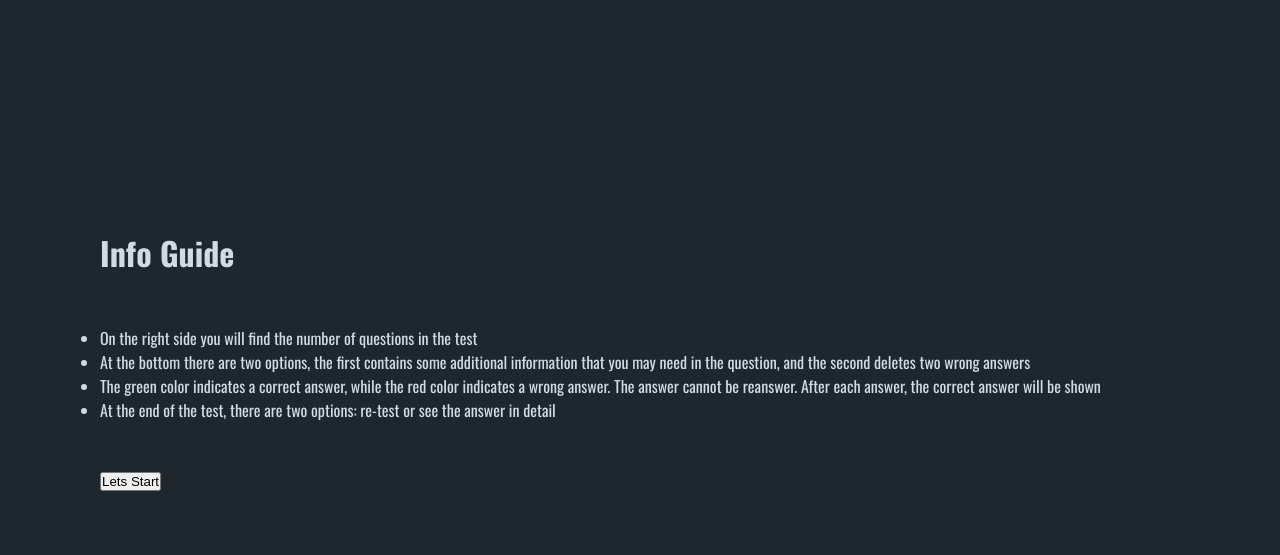
Repository: abdelrahmanahmed20021/Quiz-Platform
Page: index.html
The author's editor kept a copy of each file at every save. The page is drawn from the files as they stood at one save, then again after the next save.
The browser window is 1280 px wide. The pictures show the whole page.

Above is the page before, as saved 2023-01-12 00:49:31.
Console error: TypeError: Cannot read properties of null (reading 'addEventListener')

### index.html
<!DOCTYPE html>
<html lang="en">

    <head>
        <!-- ======== Meta =========== -->
        <meta charset="UTF-8">
        <meta http-equiv="X-UA-Compatible" content="IE=edge">
        <meta name="viewport" content="width=device-width, initial-scale=1.0">
        <title>Question || Platform</title>
        <!-- ======== Links =========== -->
        <link rel="stylesheet" href="./styles/index.css">
        <link rel="stylesheet" href="./styles/responsive.css">
        <!-- ======== Links =========== -->
    </head>

    <body>
        <div class="black-wolf">
            <h1>Info Guide</h1>
            <ul>
                <li>On the right side you will find the number of questions in the test</li>
                <li>At the bottom there are two options, the first contains some additional information that you may need in the question, and the second deletes two wrong answers</li>
                <li>The green color indicates a correct answer, while the red color indicates a wrong answer. The answer cannot be reanswer. After each answer, the correct answer will be shown</li>
                <li>At the end of the test, there are two options: re-test or see the answer in detail</li>
            </ul>
            <button>Lets Start</button>
        </div>
        <div id="poper_img" class="hide_poper">
            <img class="src_quesion_img" src="" alt="">
            <span class="poper_deleter">X</span>
            <h1></h1>
        </div>
        <section>
            <div class="audio_cotroll">
                <audio src="./assets/1.mp3" class="audio"></audio>
                <img src="./assets/play.svg" alt="">
                <img src="./assets/stop.svg" class="active" alt="">
            </div>
            <div class="container_1">
                <div class="start_btn flex">
                    <button class="description description_hidde">See Explanation</button>
                    <button id="start_quest" class="hover">Start</button>
                </div>
                <span class="quest_index border"></span>
                <div class="quest_content">
                    <div class="quset_cont flex border"></div>
                    <div class="box flex">
                        <div class="answers flex">
                            <span class="answer border hover" answer='a'></span>
                            <span class="answer border hover" answer='b'></span>
                            <span class="answer border hover" answer='c'></span>
                            <span class="answer border hover" answer='d'></span>
                        </div>
                    </div>
                </div>
            </div>

            <div class="container_2">
                <div class="quest_index_num border flex"></div>
                <div class="icons_helper flex">
                    <div class="remove_2 border flex hover">0.5</div>
                    <div class="google border poper_appender hover flex">Info</div>
                </div>
            </div>
        </section>
        <script type="module" src="./script/index.js"></script>
    </body>

</html>

### styles/index.css
/* ========= Import || Font ||  ========= */
@import url('https://fonts.googleapis.com/css2?family=Oswald:wght@200;300;400;500;600;700&display=swap');
/* ========= Import || Font ||  ========= */




/* ========= Set || Variables ||  ========= */
:root {
    --mainColor: #1e272e;
    --primaryColor: #d2dae2;
    --lightColor: #8c7ae6;
    --greenColor: #218c74;
    --redColor: #b33939;
    --mainFont: 'Oswald', sans-serif;
    --mainPadding: 40px;
    --primaryPadding: 20px;
    --mainFontSize: 1.2rem;
    --primaryFontSize: .72rem;
    --mainFontWigth: 500;
    --primaryFontWigth: 700;
}

/* ========= Set || Variables ||  ========= */




/* ========= Golbal || Styles ||  ========= */
*>*,
*::after,
*::before {
    padding: 0;
    margin: 0;
    box-sizing: border-box;
    transition: all .5s ease-in-out;
    user-select: none;
    user-zoom: none;
    -webkit-user-drag: none;
}

body {
    background-color: var(--mainColor);
    font-family: var(--mainFont);
}

.flex {
    display: flex;
    align-items: center;
    justify-content: center;
}

.box {
    height: 50%;
}

.border {
    border: 2px solid var(--lightColor);
    border-radius: 10px;
}

.hover:hover {
    background-color: var(--lightColor) !important;
    color: var(--primaryColor) !important;
}

.hover_min_width:active {
    background-color: var(--lightColor) !important;
    color: var(--primaryColor) !important;
}

::-webkit-scrollbar {
    width: 5px;
}

::-webkit-scrollbar-thumb {
    background-color: var(--greenColor);
    border-radius: 10px;
}

/* ========= Golbal || Styles ||  ========= */



/* ========= Main || ElE || Styles ||  ========= */
body>section {
    display: flex;
    height: 100vh;
    padding: 30px;
}

body>section .container_1 {
    width: 70%;
    height: 100%;
}

body>section .container_2 {
    width: 30%;
    height: 100%;
    overflow: hidden;
}

body>section .container_1 .start_btn {
    height: 35%;
    gap: 30px;
}

/* ========= Main || ElE || Styles ||  ========= */

/* ========= Audio || Styles ||  ========= */

body>section>.audio_cotroll {
    position: relative;
}

body>section>.audio_cotroll img {
    top: 0;
    left: 0;
    cursor: pointer;
    position: absolute;
    width: 0;
    height: 0;
    opacity: 0;
}

body>section>.audio_cotroll .active {
    opacity: 1;
    z-index: 100;
    width: auto;
    height: auto;
}

/* ========= Audio || Styles ||  ========= */


/* ========= Container || One || Styles ||  ========= */
body>section .container_1 .start_btn button {
    padding: var(--primaryPadding);
    width: 200px;
    border: 0;
    outline: 0;
    border-radius: 10px;
    font-size: var(--mainFontSize);
    background-color: var(--primaryColor);
    color: var(--lightColor);
    cursor: pointer;
    font-weight: var(--mainFontWigth);
}
body>section .container_1 .start_btn button:hover{
    background-color: var(--lightColor);
    color: var(--mainColor);
}
body>section .container_1 .quest_content {
    height: 65%;
    padding: var(--mainPadding) var(--primaryPadding);
}

body>section .container_1 .quest_content .quset_cont {
    position: relative;
    height: 50%;
    font-size: var(--mainFontSize);
    color: var(--lightColor);
    background-color: transparent;
    padding: 90px;
}
body > #poper_img{
    background-color: #466bdb46;
    backdrop-filter: blur(10px);
    position: fixed;
    top: 0;
    bottom: 0;
    left: 0;
    right: 0;
    z-index: 1000;
    display: flex;
    justify-content: center;
    align-items: center;
}

@media screen and (max-width:675px){
    body > #poper_img img{
        width: 85%;
    }
}

@media screen and (min-width:676px) and (max-width:976px){
    body > #poper_img img{
        width: 90%;
    }
}
body > #poper_img span{
    position: absolute;
    top: 20px;
    left: 20px;
    font-size: 2rem;
    cursor: pointer;
    font-weight: bold;
    font-family: sans-serif;
    color: #e1b12c;
}
body>section .container_1 .quest_index {
    padding: 2px 10px;
    font-size: 16px;
    color: var(--lightColor);
}

body>section .container_1 .quest_content .answers {
    width: 100%;
    justify-content: center;
    flex-wrap: wrap;
}

body>section .container_1 .quest_content .answers span {
    width: 46%;
    margin: 5px;
    min-height: 40px;
    text-align: center;
    padding: 5px 0;
    cursor: pointer;
    color: var(--lightColor);
}


/* ========= Container || One || Styles ||  ========= */




/* ========= Container || Two || Styles ||  ========= */
body>section .container_2 .quest_index_num {
    justify-content: space-between;
    flex-direction: column-reverse;
    min-height: 68%;
    max-height: 68%;
    padding-bottom: 400px;
    margin-bottom: 30px;
    overflow: auto;
}


body>section .container_2 .quest_index_num p {
    display: block;
    width: 100%;
    text-align: center;
    color: var(--primaryColor);
    padding: 15px;
}

body>section .container_2 .quest_index_num .correct_answer {
    background-color: transparent !important;
    color: var(--greenColor) !important;
}

body>section .container_2 .quest_index_num .falsey_answer {
    background-color: transparent !important;
    color: var(--primaryColor) !important;
}

body>section .container_2 .icons_helper {
    justify-content: space-evenly;
    height: 20%;
}

body>section .container_2 .icons_helper .remove_2 {
    width: 80px;
    height: 80px;
    cursor: pointer;
    color: var(--lightColor);
}

body>section .container_2 .icons_helper .google {
    cursor: pointer;
    width: 80px;
    height: 80px;
}

/* ========= Container || Two || Styles ||  ========= */

/* ========= Actives || Class || Styles ||  ========= */
.active_point_quest {
    color: var(--lightColor) !important;
    font-weight: var(--primaryFontWigth);
    font-size: var(--mainFontSize);
}

.falsey_answer {
    background-color: var(--redColor) !important;
    color: var(--lightColor) !important;
}
.falsey_answer_p{
    color: red !important;
}
.correct_answer {
    background-color: var(--greenColor) !important;
    color: var(--lightColor) !important;
}

.hidde_animate_btn {
    transform: scale(0);
    width: 0;
}
.poper_appender{
    color: var(--lightColor);
}
.hide_poper{
    display: none !important;
}
.description_hidde{
    display: none;
}
.black-wolf{
    position: absolute;
    z-index: 1000;
    width: 100%;
    height: 100%;
    background-color: #1e272e;
    color: var(--primaryColor);
    display: flex;
    justify-content: center;
    align-items: flex-start;
    flex-direction: column;
    padding: 100px;
    gap: 50px;
}
/* ========= Actives || Class || Styles ||  ========= */

### styles/responsive.css
/* ===========  Tablets || Sizes  =============== */
/* =============== Sm ================ */
@media screen and (min-width:360px) and (max-width:960px) {
    :root {
        --mainPadding: 20px;
        --primaryPadding: 10px;
        --mainFontSize: 1rem;
        --mainFontWigth: 400;
        --primaryFontWigth: 500;
    }

    body>section {
        flex-direction: column;
        padding: 20px 10px;
    }

    body>section .container_1 {
        width: 100%;
        height: 70%;

    }

    body>section .container_1 .start_btn {
        height: 20%;
    }

    body>section .container_2 {
        width: 100%;
        height: 30%;
    }

    body>section .container_2 .quest_index_num {
        min-height: 58%;
        max-height: 58%;
        padding-bottom: 0;
        padding-left: 400px;
    }

    body>section .container_2 .icons_helper {
        justify-content: space-between;
    }

    body>section .container_1 .quest_content .quset_cont {
        padding: 40px;
    }

    body>section .container_1 .quest_content .answers span {
        font-size: var(--primaryFontSize);
        font-weight: var(--primaryFontWigth);
    }

    body>section .container_2 .icons_helper .remove_2 {
        width: 60px;
        height: 60px;
    }

    body>section .container_2 .icons_helper .google {
        width: 60px;
        height: 60px;
    }

}

/* =============== Sm ================ */
/* ===========  Tablets || Sizes  =============== */

### script/index.js
import { data } from './../auth/data.js';
//============= Set || Nodes || ==================>
const audio = document.querySelector('.audio');
const start_quest = document.querySelector('#start_quest');
const quset_cont = document.querySelector('.quset_cont');
const quest_index = document.querySelector('.quest_index');
const answer = document.querySelector('.answers');
const quest_index_num = document.querySelector('.quest_index_num');
const remove_2 = document.querySelector('.remove_2');
const google = document.querySelector('.google');
const answers = document.querySelectorAll('.answer');
const audio_cotroll_img = document.querySelectorAll('.audio_cotroll img');
const description = document.querySelector(".description");
const src_quesion_img = document.querySelector(".src_quesion_img");
const poper_img = document.querySelector("#poper_img");
const poper_img_head = document.querySelector("#poper_img h1");
const poper_deleter = document.querySelector(".poper_deleter");
const black_btn = document.querySelector(".black-btn");
const poper_appender = document.querySelector(".poper_appender");
const black_wolf = document.querySelector(".black-wolf");
const quest_index_answer = document.querySelector(".quest_index_answer");
const sec_screen = document.querySelector(".sec_screen");
const full_screen = document.querySelector(".full_screen");
let start = 0;
let answer_data;
let right_answers = 0;
let unRight_answers = 0;
//============= Set || Nodes || ==================>
//======= Set || classes || =======>
class DrawUi {
    constructor(data, index) {
        this.data = data;
        this.index = index;
        this.state = true;
    }
    //======= Draw || All ||  Content || Ui =======>
    draw() {
        if (this.data != undefined && this.index != undefined) {
            this.stop_Quiz(this.data);
            if (this.state) {
                this.draw_Quest(this.data);
                this.draw_Quest_line(this.data);
            }
        }
        else {
            console.warn('please Enter data src and index of start');
        }
    }
    //======= Draw || All ||  Content || Ui =======>
    //======= Draw || Questions || Answers =======>
    draw_Quest(values) {
        let recust = ['a', 'b', 'c', 'd'];
        quset_cont.innerHTML = `<p>${values[this.index].quest}</p>`;
        src_quesion_img.src = `${values[this.index].img}`;
        if (values[this.index].img != "") {
            poper_img_head.innerText = "";
        }
        else {
            poper_img_head.innerText = "No Image At This Question";
        }
        answers.forEach((ele, index) => {
            ele.innerText = values[this.index][recust[index]];
        });
        quest_index.innerText = `Question : ${this.index + 1}`;
        quest_index_answer.innerText = `SCORE : ${right_answers} / ${values.length}`;
    }
    //======= Draw || Questions || Answers =======>
    //======= Draw || Questions || Lines =======>
    draw_Quest_line(values) {
        const quest_index_num_elements = quest_index_num.children;
        if (quest_index_num_elements.length == 0) {
            values.forEach((ele, index) => {
                quest_index_num.innerHTML += `<p>Q.${index + 1}</p>`;
            });
        }
        Array.from(quest_index_num_elements).forEach(ele => {
            ele.classList.remove('active_point_quest');
        });
        quest_index_num_elements[this.index].classList.add('active_point_quest');
    }
    //======= Draw || Questions || Lines =======>
    //======= Check || Index || Stop "Quiz" =======>
    stop_Quiz(values) {
        if (this.index > values.length - 1) {
            this.state = false;
        }
    }
}
class Checker {
    constructor() {
        this.darwer = new DrawUi(data, start);
        this.quest_index_num = quest_index_num.children;
    }
    //======= Check || All ||  Content || Answers =======>
    main_checker(ele) {
        this.answer_check(this.darwer.data);
        this.line_check(this.darwer.data, ele);
        this.Repeat(this.darwer.data);
    }
    //======= Check || All ||  Content || Answers =======>
    //======= Set|| All ||  Content || Answers =======>
    set_answers(data, state, statement) {
        if (state) {
            answers.forEach(ele => {
                if (ele.getAttribute('answer') != data[this.darwer.index].answer) {
                    ele.classList.add('falsey_answer');
                }
                else {
                    ele.classList.add('correct_answer');
                }
                if (statement) {
                    setTimeout(() => {
                        ele.classList.remove('falsey_answer');
                        ele.classList.remove('correct_answer');
                    }, 1200);
                }
            });
        }
    }
    //======= Set|| All ||  Content || Answers =======>
    //======= Set || All ||  Styles || Answers =======>
    answer_check(data) {
        if (this.darwer.index < data.length && this.darwer.index != data.length - 1) {
            this.set_answers(data, true, true);
        }
        else {
            this.set_answers(data, true, false);
        }
        setTimeout(() => {
            this.darwer.draw();
        }, 1200);
    }
    //======= Set || All ||  Styles || Answers =======>
    //======= Set || All ||  Styles || Answers || Lines =======>
    line_check(data, ele) {
        if (this.darwer.index < data.length) {
            if (ele.getAttribute('answer') == data[this.darwer.index].answer) {
                this.quest_index_num[this.darwer.index].classList.add('correct_answer');
                this.darwer.index++;
                right_answers++;
            }
            else {
                this.quest_index_num[this.darwer.index].classList.add('falsey_answer_p');
                this.darwer.index++;
                unRight_answers++;
            }
        }
    }
    //======= Set || All ||  Styles || Answers || Lines =======>
    //======= Reapet_Quiz || =======>
    Repeat(data) {
        if (this.darwer.index == data.length) {
            start_quest.classList.remove('hidde_animate_btn');
            description === null || description === void 0 ? void 0 : description.classList.remove("description_hidde");
            start_quest.innerText = 'Repeat';
            start_quest.addEventListener('click', () => {
                location.reload();
            });
        }
    }
}
class Delet {
    constructor(ele, data, index) {
        this.ele = ele;
        this.data = data;
        this.index = index;
    }
    swper() {
        if (this.ele.innerText == '0.5') {
            this.get_data();
        }
        else {
            window.open('https://google.com/');
        }
    }
    get_data() {
        this.delete(data);
    }
    delete(data) {
        if (quset_cont.innerText != '') {
            let falsey_data = [];
            Array.from(answers).filter((ele, index) => {
                if (ele.getAttribute('answer') != data[this.index].answer) {
                    falsey_data.push(index);
                }
            });
            answers[falsey_data[0]].innerText = '';
            answers[falsey_data[1]].innerText = '';
        }
    }
}
//======= Set || classes || =======>
//======= Start || Quiz || App =======>
start_quest.addEventListener('click', start_app);
function start_app(e) {
    if (sec_screen.requestFullscreen) {
        sec_screen.requestFullscreen();
        full_screen.innerText = "Close the full page Mode";
    }
    //======= Audio || Controls =======>
    audio.play();
    audio_cotroll_img[1].classList.remove('active');
    audio_cotroll_img[0].classList.add('active');
    //======= Audio || Controls =======>
    //======= Draw || Ui || Class =======>
    const play = new DrawUi(data, start);
    play.draw();
    //======= Draw || Ui || Class =======>
    //======= Checker || In || Chossen =======>
    const chek = new Checker();
    answers.forEach(ele => {
        ele.addEventListener('click', (e) => {
            chek.main_checker(e.target);
            quest_index_num.scrollTop = -45 * (unRight_answers + right_answers);
        });
    });
    //======= Checker || In || Chossen =======>
    //======= Delet || Button || And Event =======>
    e.target.classList.add("hidde_animate_btn");
    e.target.removeEventListener('click', start_app);
    //======= Delet || Button || And Event =======>
    //======= Remove || Two || Answers =======>
    remove_2.addEventListener("click", (e) => {
        const deleter = new Delet(e.target, chek.darwer.data, chek.darwer.index);
        deleter.swper();
    });
    //======= Remove || Two || Answers =======>
    //===== Simple || Animate ========>
    quest_index_num.style.padding = '0';
}
//======= Start || Quiz || App =======>
//======= Audio || Controller || App =======>
audio_cotroll_img.forEach(ele => {
    ele.addEventListener('click', () => {
        if (audio.paused) {
            audio_cotroll_img[1].classList.remove('active');
            audio_cotroll_img[0].classList.add('active');
            audio.play();
        }
        else if (!audio.paused) {
            audio_cotroll_img[1].classList.add('active');
            audio_cotroll_img[0].classList.remove('active');
            audio.pause();
        }
    });
});
//======= Audio || Controller || App =======>
//========= Handel  || Hover  || Effect  || in  || Small  || Deveices ||  ============>
window.addEventListener('resize', () => {
    if (window.innerWidth < 961) {
        const hover = document.querySelectorAll('.hover');
        hover.forEach(ele => {
            ele.classList.add('hover_2');
            ele.classList.remove('hover');
        });
        console.warn('resized to small delet hover');
    }
    else {
        const hover_2 = document.querySelectorAll('.hover_2');
        hover_2.forEach(ele => {
            ele.classList.add('hover');
            ele.classList.remove('hover_2');
        });
        console.warn('resized to Big add hover');
    }
});
//========= Handel  || Hover  || Effect  || in  || Small  || Deveices ||  ============>
poper_deleter === null || poper_deleter === void 0 ? void 0 : poper_deleter.addEventListener("click", () => {
    poper_img.classList.add("hide_poper");
    if (sec_screen.requestFullscreen) {
        sec_screen.requestFullscreen();
    }
});
poper_appender === null || poper_appender === void 0 ? void 0 : poper_appender.addEventListener("click", () => {
    poper_img.classList.remove("hide_poper");
    // if(document.exitFullscreen) {
    //     document.exitFullscreen();
    //   }
});
description === null || description === void 0 ? void 0 : description.addEventListener("click", () => {
    window.location.href = "info.html";
});
black_btn.addEventListener("click", () => {
    black_wolf.style.display = "none";
});
full_screen.addEventListener("click", () => {
    if (full_screen.innerText == "Close the full page Mode") {
        if (document.exitFullscreen) {
            document.exitFullscreen();
            full_screen.innerText = "Active the full page Mode";
        }
    }
    else {
        if (sec_screen.requestFullscreen) {
            sec_screen.requestFullscreen();
            full_screen.innerText = "Close the full page Mode";
        }
    }
});

Loaded but not shown: auth/data.js (318 lines, source omitted)

After the next save:
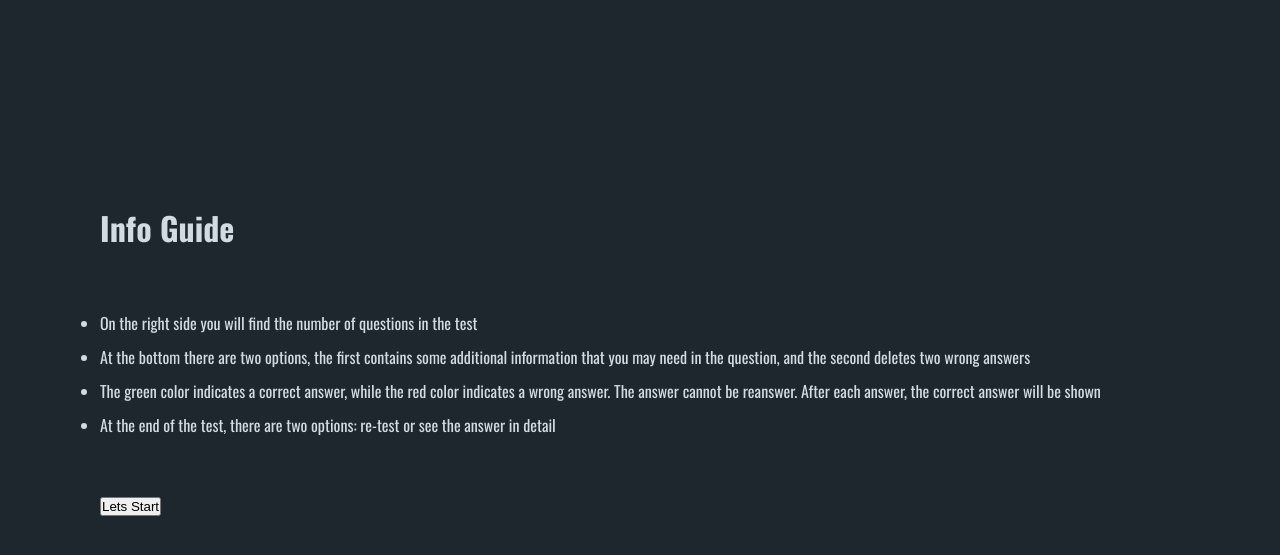
Saved 20 s later.
--- a/styles/index.css
+++ b/styles/index.css
@@ -322,4 +322,7 @@ body>section .container_2 .icons_helper .google {
     padding: 100px;
     gap: 50px;
 }
+.black-wolf ul li{
+    margin: 10px 0;
+}
 /* ========= Actives || Class || Styles ||  ========= */
